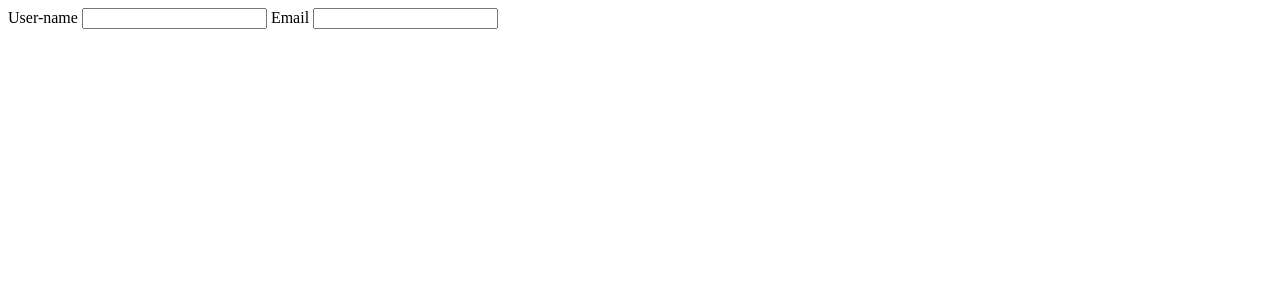
Repository: srinath9553717840/java
Page: spring-boot/SpringBootApplication1-5/src/main/webapp/index.html
An editor plug-in stored every save of this project. The page is shown before and after the next save, followed by the edit.
The browser window is 1280 px wide. The pictures show the whole page.

Above is the page before, as saved 2019-06-15 17:36:54.

After the next save:
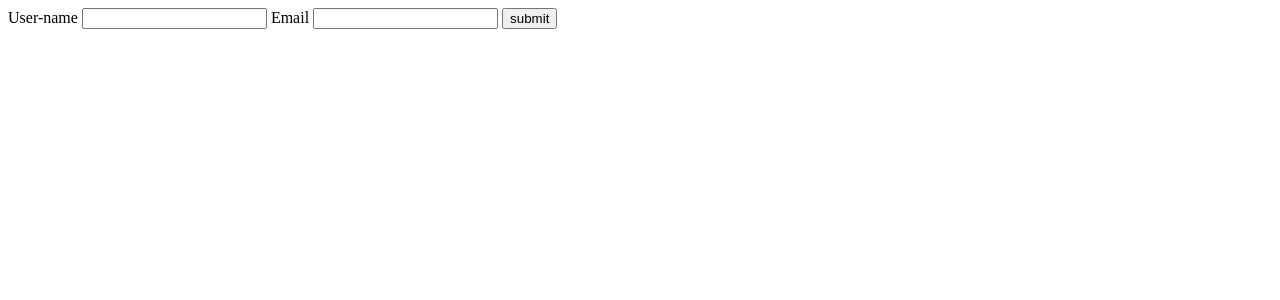
Saved 3 min 43 s later.
--- a/spring-boot/SpringBootApplication1-5/src/main/webapp/index.html
+++ b/spring-boot/SpringBootApplication1-5/src/main/webapp/index.html
@@ -12,5 +12,8 @@
 <td><input type="text" name="email"></input></td>
 </tr>
 
+<tr>
+<td><input type="submit" value="submit"></input></td>
+
 </from>
 </body>
